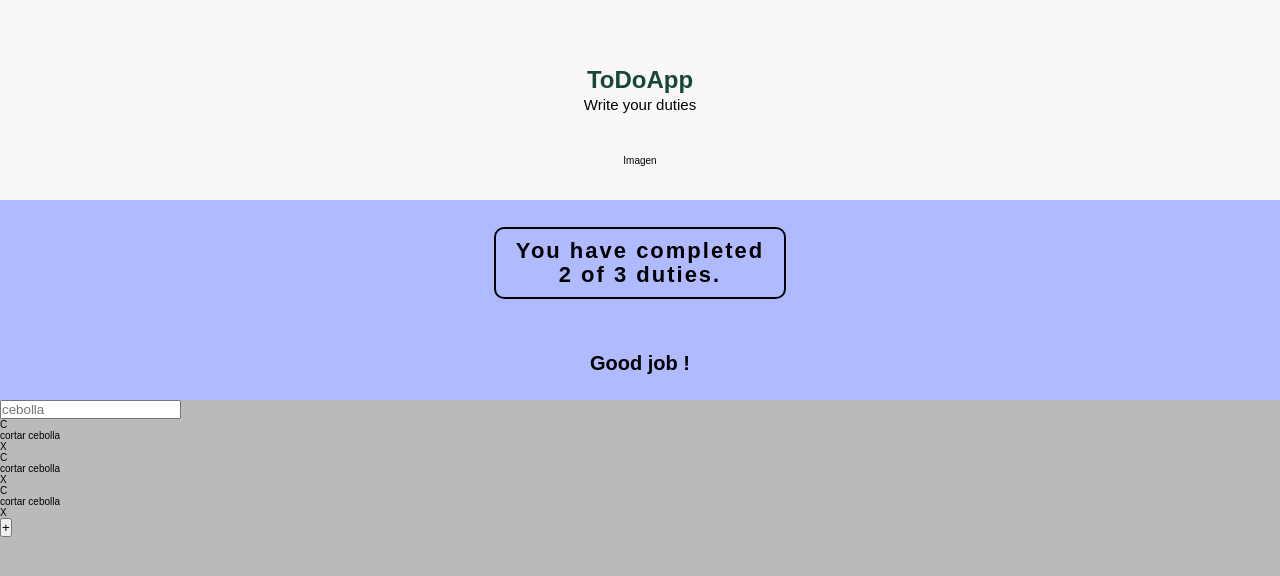
Repository: ChristianGecchelin/to-do-app
Page: /
The author's editor kept a copy of each file at every save. The page is drawn from the files as they stood at one save, then again after the next save.
The browser window is 1280 px wide. The pictures show the whole page.
The project was rebuilt for these pictures with package versions that can differ from the ones it lists, and the page was loaded fresh each time.

Above is the page before, as saved 2022-01-12 11:17:21.

After the next save:
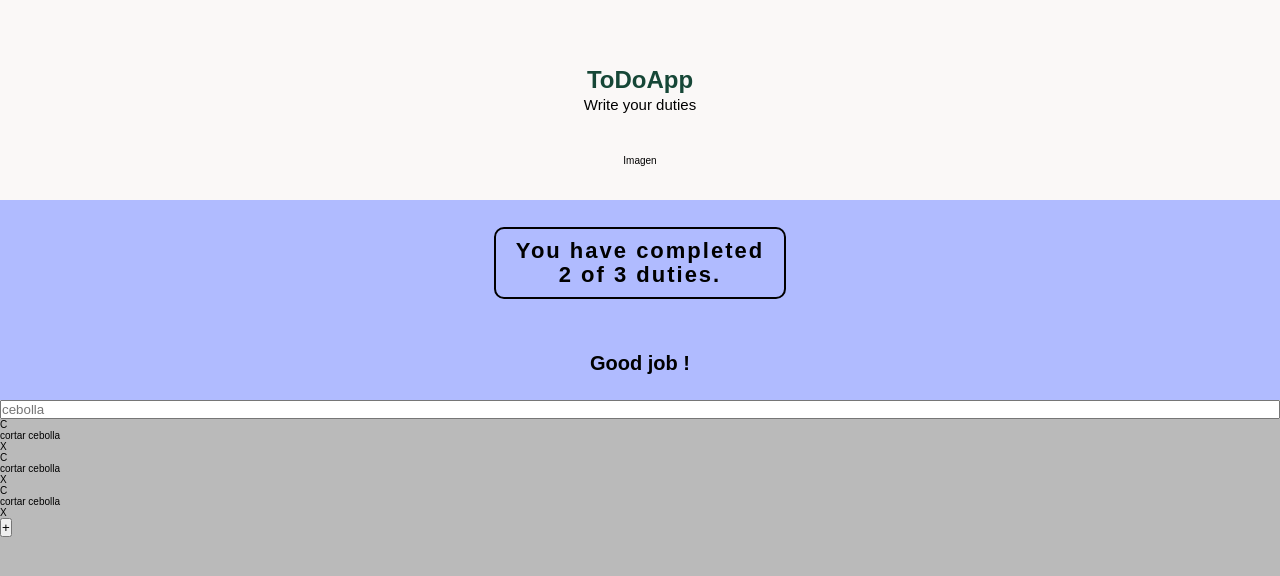
Saved 32 s later.
--- a/src/styles/ToDoSearch.css
+++ b/src/styles/ToDoSearch.css
@@ -1,3 +1,7 @@
 .search-container {
+  display: flex;
+  flex-direction: column;
+  margin: 0 auto;
+  justify-content: center;
   width: 100;
 }
